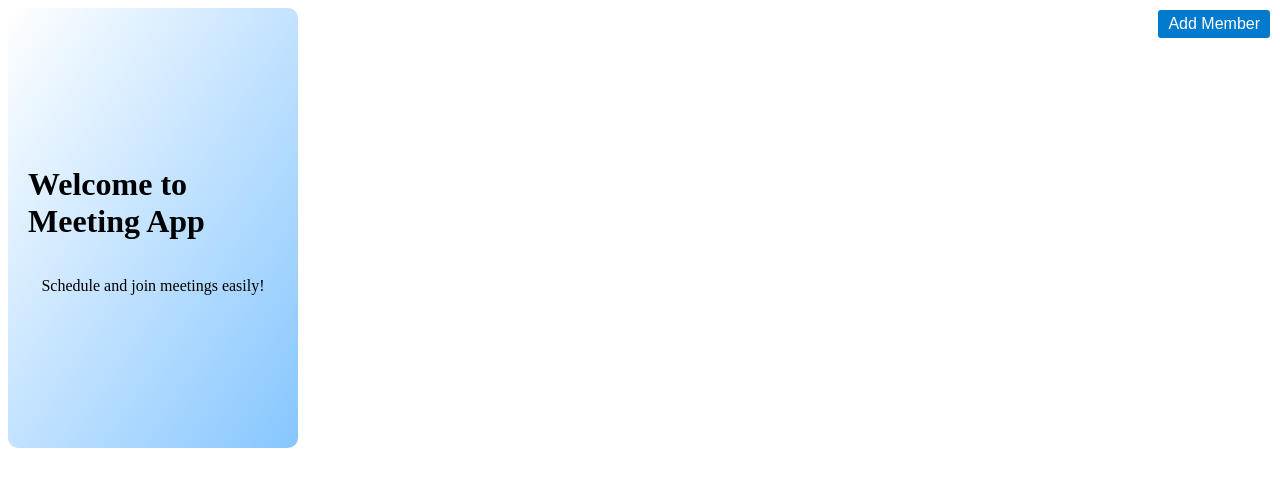
Repository: alexanderneal/meetingApp
Page: meetingApp copia/popup.html
The author's editor kept a copy of each file at every save. The page is drawn from the files as they stood at one save, then again after the next save.
The browser window is 1280 px wide. The pictures show the whole page.
Some web fonts or font styles are not loaded; a fallback is used.

Above is the page before, as saved 2023-04-21 11:09:35.

After the next save:
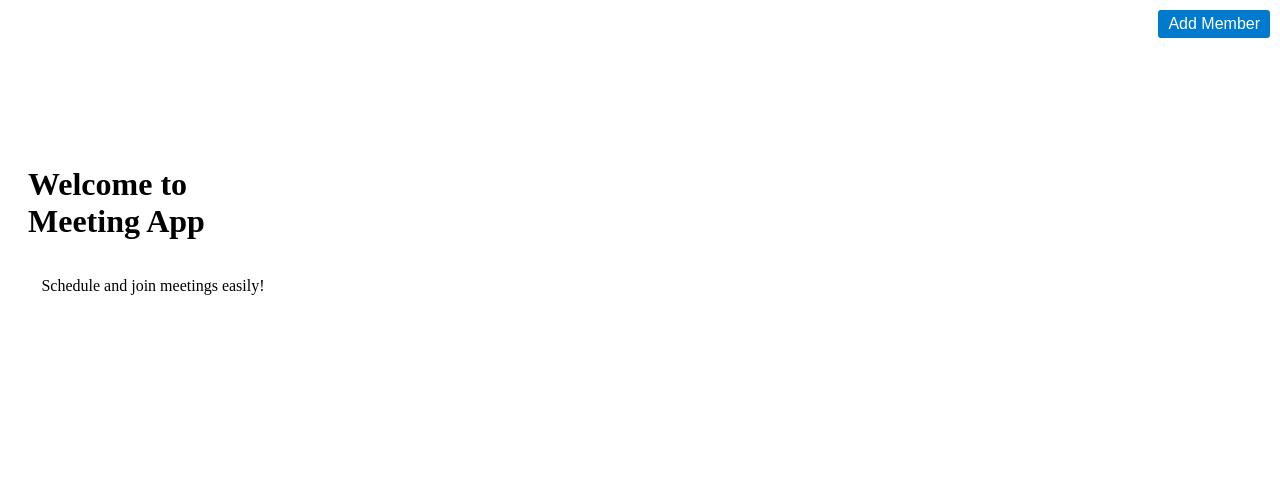
Saved 2 min 3 s later.
--- a/meetingApp copia/popup.css
+++ b/meetingApp copia/popup.css
@@ -7,7 +7,21 @@
     justify-content: center;
     align-items: center;
 
-    background: linear-gradient(to bottom right, white, #86c6ff);
+    body {
+        background-color: white;
+        background-image: linear-gradient(
+          45deg,
+          rgba(255, 0, 0, 0.3) 25%,
+          transparent 25%,
+          transparent 50%,
+          rgba(255, 255, 0, 0.3) 50%,
+          rgba(255, 255, 0, 0.3) 75%,
+          transparent 75%,
+          transparent
+        );
+        background-size: 20px 20px;
+        background-repeat: repeat;
+      }
     border-radius: 10px;
   }
 
